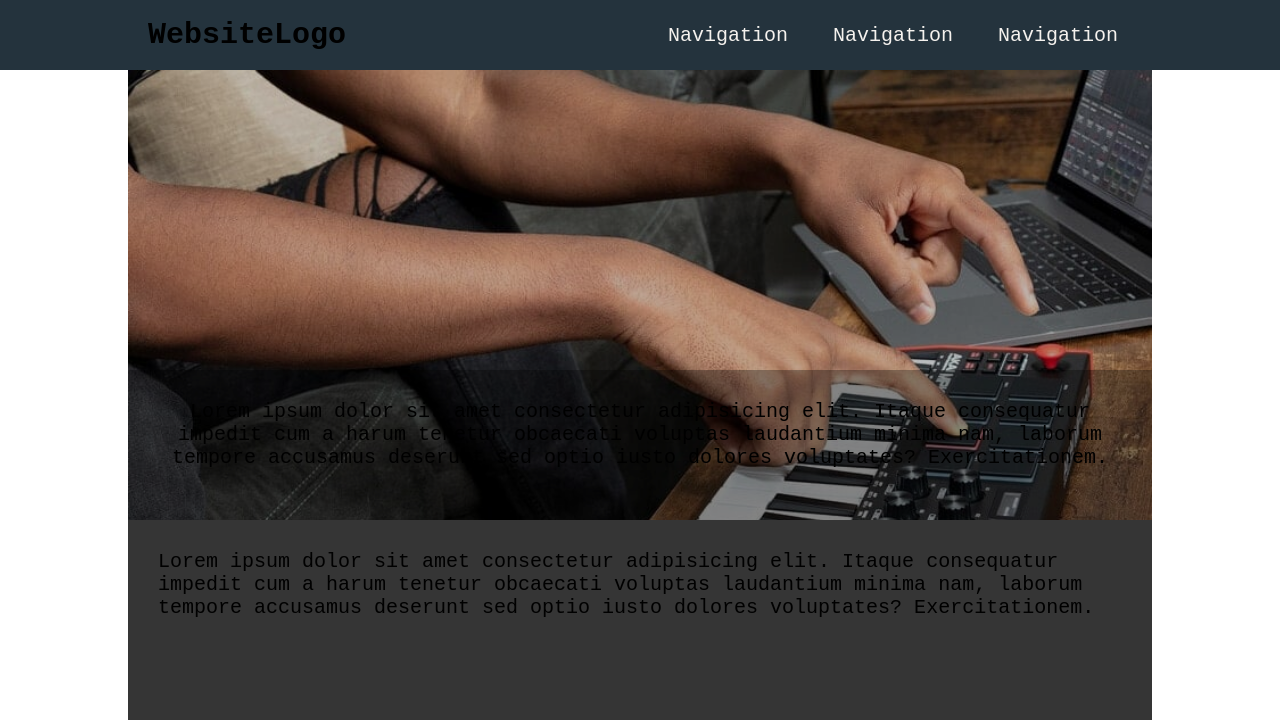
Repository: piotrokrutniak/Projekt-Studia
Page: index.html
These files come from the project's save history. The page is drawn as it stood at one moment and after the next save; the edit follows.
The browser window is 1280 px wide. The pictures show the whole page.

Above is the page before, as saved 2023-03-04 14:16:18.

### index.html
<!DOCTYPE html>
<head>
    <meta charset="UTF-8" />
    <meta http-equiv="X-UA-Compatible" content="IE=edge" />
    <meta name="viewport" content="width=device-width, initial-scale=1.0" />
    <link rel="stylesheet" type="text/css" href="styles.css" />
    <title>Website Title</title>
</head>
<body>
    <div class="navbar-container">
        <div class="navbar">
            <div class="logo">
                <div class="logo-contents">
                    WebsiteLogo
                </div>
            </div>
            <div class="navigation">
                <a href="/index" class="navigation-link">
                    <div class="navigation-button">
                        Navigation
                    </div>
                </a>
                <a href="/index" class="navigation-link">
                    <div class="navigation-button">
                        Navigation
                    </div>
                </a>
                <a href="/index" class="navigation-link">
                    <div class="navigation-button">
                        Navigation
                    </div>
                </a>
            </div>
        </div>
    </div>

    <div class="main-section">
        <div class="carousel-section">
            <img class="carousel-img" src="img/Hero-2.jpg" alt="MIDI controller on a table">
            <div class="carousel-desc">
                Lorem ipsum dolor sit amet consectetur adipisicing elit. Itaque consequatur impedit cum a harum tenetur obcaecati voluptas laudantium minima nam, laborum tempore accusamus deserunt sed optio iusto dolores voluptates? Exercitationem.

            </div>
        </div>
        <div class="text-section">
        Lorem ipsum dolor sit amet consectetur adipisicing elit. Itaque consequatur impedit cum a harum tenetur obcaecati voluptas laudantium minima nam, laborum tempore accusamus deserunt sed optio iusto dolores voluptates? Exercitationem.
        </div>
    </div>
</body>

### styles.css
:root{
    --nav-link-width: 150px;
}

body{
    font-family: monospace;
    margin: 0;
    min-width: 328px;
}

.navbar-container{
    width: 100%;
    height: 70px;
    background: rgb(36, 51, 61);
    position: sticky;
    top: 0;
    max-width: 100%;
    overflow: hidden;

}

.navbar{
    position: relative;
    max-width: 1024px;
    min-width: 328px;
    height: 50px;
    top: 0px;
    margin: auto;
    display: flex;
    flex-direction:row;
    justify-content: space-between;
    top: 50%;
    -ms-transform: translateY(-50%);
    transform: translateY(-50%);
    font-size: 20px;
}

a{
    text-decoration: none;
    color:rgba(245, 242, 238);
}

.navigation{
    display: grid;
    grid-template-columns: var(--nav-link-width) var(--nav-link-width) var(--nav-link-width);
    grid-gap: 15px;
    padding-right: 20px;
}

.navigation-link{
    position: relative;
    padding-left: 15px;
    padding-right: 15px;
    transition: 0.15s;
    transition-timing-function: ease-in-out;
    border: 1px solid;
    border-radius: 5px;
    border-color: rgba(255, 255, 255, 0);
}

.navigation-link:hover{
    border-color: rgba(255, 255, 255, 0.103);

}

.navigation-button{
    text-align: center;
    position: relative;
    top: 50%;
    -ms-transform: translateY(-50%);
    transform: translateY(-50%);
}

.logo{
    position: relative;
    height: 49px;
    padding-left: 20px;
    padding-right: 20px;
    font-weight: 900;
    font-size: 30px;
}

.logo-contents{
    text-align: center;
    position: relative;
    top: 50%;
    -ms-transform: translateY(-50%);
    transform: translateY(-50%);
}

.main-section{
    position: relative;
    max-width: 1024px;
    min-width: 328px;
    min-height: calc(100vh - 70px);
    margin: auto;
    font-size: 20px;
    background: rgb(53, 53, 53);
}

.carousel-section{
    position: relative;
    width: 100%;
    height: 450px;
    background: floralwhite;
}

@media screen and (max-width:750px){
    .carousel-section{
        min-height: 300px;
        height: auto;
    }
}

.carousel-section{
    background: black;
    max-width: 100%;
    width: 100%;
    text-align:center;
    position: sticky;
    margin: auto;
    max-height:calc(100vh - 80px);
    min-height: 250px;
    overflow: hidden;
}

.carousel-img{
    width: 100%;
    max-height:calc(100vh - 80px);
    display: flex;
    position: sticky;
    flex-shrink:0;
    object-fit:cover;
    min-height: 250px;
    object-fit: cover;
    opacity: 0.75;
}

.carousel-desc{
    position: absolute;
    bottom: 0px;
    width: calc(100% - 60px);
    max-width: 100%;
    background: rgba(0, 0, 0, 0.315);
    height: 20%;
    min-height: 50px;
    max-width: 1024px;
    min-width: 328px;
    padding: 30px;
}

.text-section{
    padding: 30px;
}

After the next save:
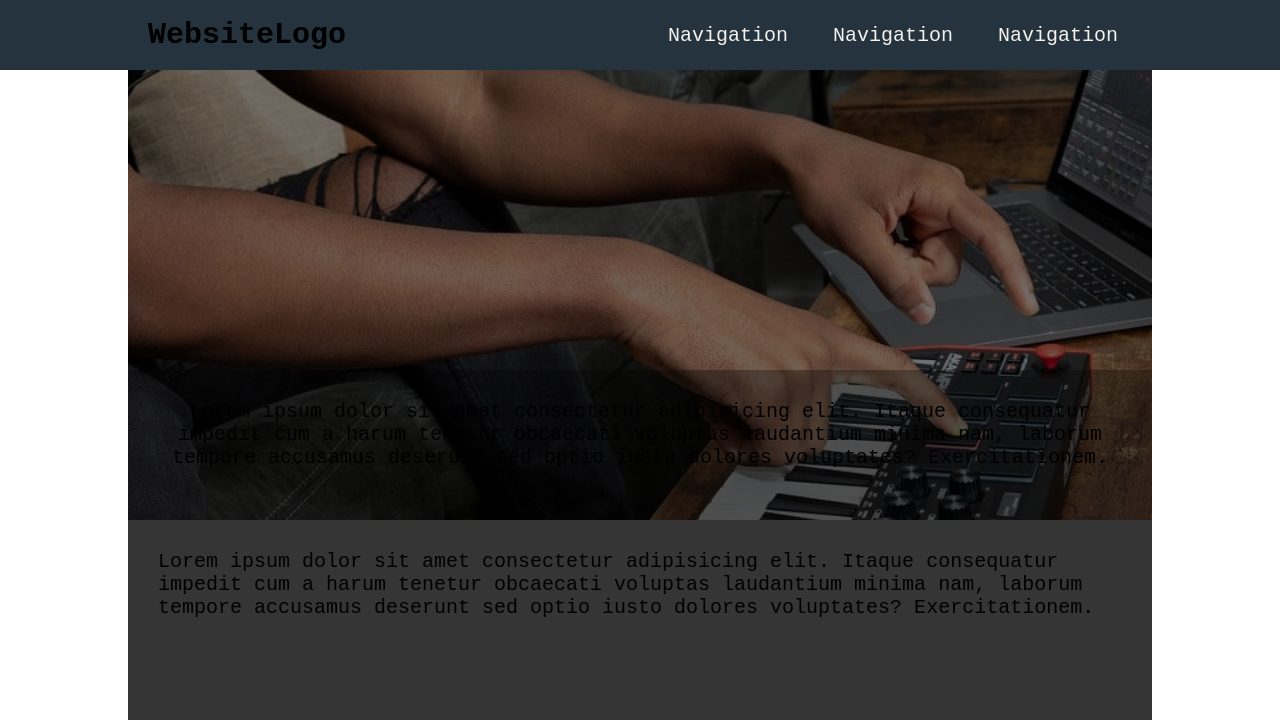
Saved 15 s later.
--- a/styles.css
+++ b/styles.css
@@ -133,7 +133,7 @@ a{
     object-fit:cover;
     min-height: 250px;
     object-fit: cover;
-    opacity: 0.75;
+    opacity: 0.45;
 }
 
 .carousel-desc{
